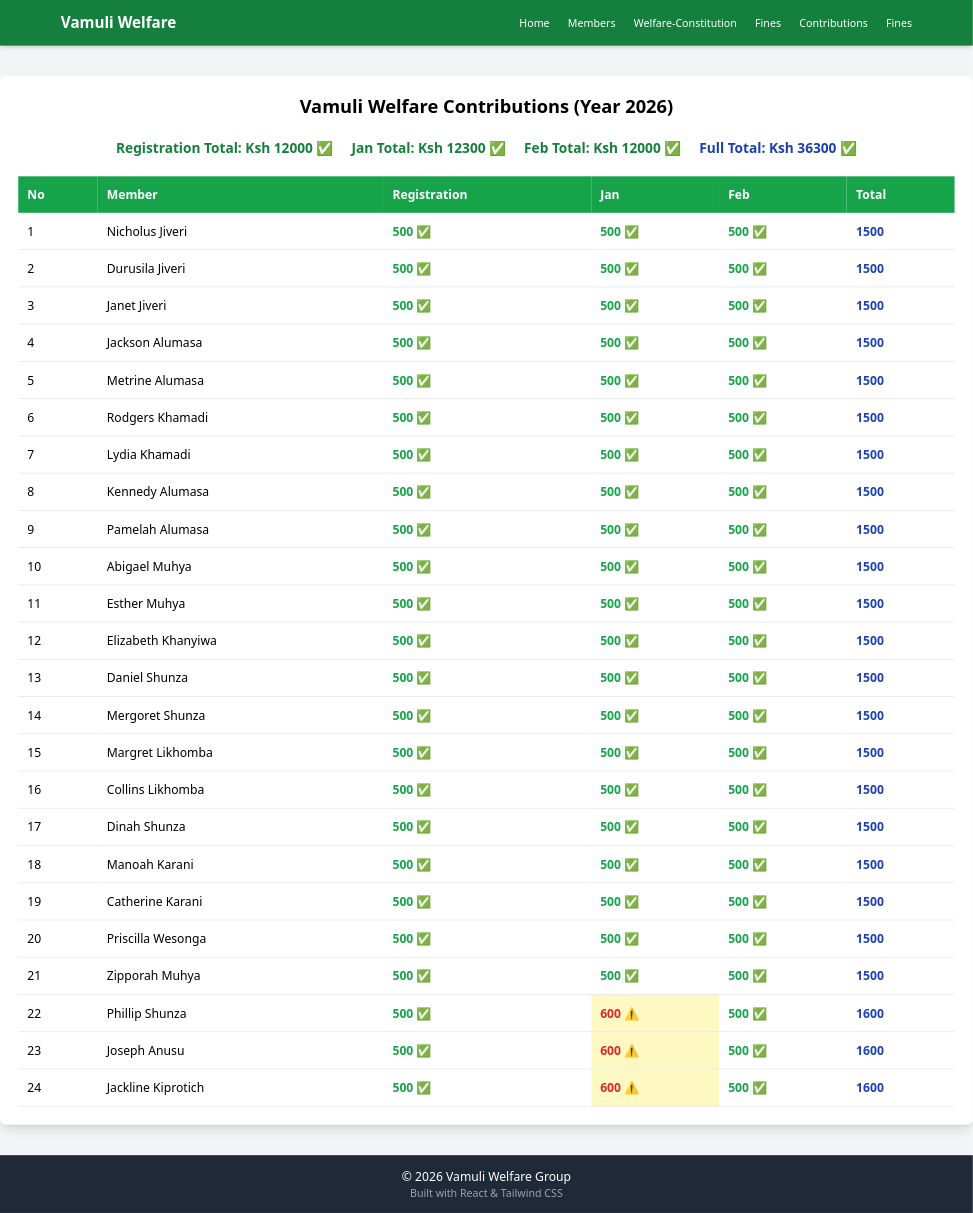
Repository: Engineer-collo/Vamuli-welfare
Page: /contributions
These files come from the project's save history. The page is drawn as it stood at one moment and after the next save; the edit follows.
The browser window is 1280 px wide. The pictures show the whole page, at 76% of full size.
The project was rebuilt for these pictures with package versions that can differ from the ones it lists, and the page was loaded fresh each time. Also part of the build but not shown: vite.config.js, src/pages/Home.jsx, src/pages/Members.jsx, src/pages/FinesTable.jsx, src/pages/WelfareConstituion.jsx.

Above is the page before, as saved 2026-03-16 12:41:11.

### index.html
<!doctype html>
<html lang="en">
  <head>
    <meta charset="UTF-8" />
    <link rel="icon" type="image/svg+xml" href="/favicon.svg" />
    <meta name="viewport" content="width=device-width, initial-scale=1.0" />
    <title>vamuli-welfare</title>
  </head>
  <body>
    <div id="root"></div>
    <script type="module" src="/src/main.jsx"></script>
  </body>
</html>

### src/App.jsx
import { BrowserRouter as Router, Routes, Route } from "react-router-dom";

import Navbar from "./components/Navbar";
import Footer from "./components/Footer";

import Home from "./pages/Home";
import Members from "./pages/Members";
import ContributionsTable from "./pages/ContributionsTable";
import FinesTable from "./pages/FinesTable";
import WelfareConstituion from "./pages/WelfareConstituion";

function App() {
  return (
    <Router>
      <div className="bg-gray-100 min-h-screen">

        <Navbar />

        <Routes>
          <Route path="/" element={<Home />} />
          <Route path="/members" element={<Members />} />
          <Route path="/contributions" element={<ContributionsTable />} />
          <Route path="/fines" element={<FinesTable />} />
          <Route path="/constitution" element={<WelfareConstituion/>} />

        </Routes>

        <Footer />

      </div>
    </Router>
  );
}

export default App;

### src/components/Navbar.jsx
import { Link } from "react-router-dom";

function Navbar() {
  return (
    <nav className="bg-green-700 text-white shadow-md">
      <div className="max-w-6xl mx-auto flex justify-between items-center p-4">

        <h1 className="text-xl font-bold">
          <Link to="/">Vamuli Welfare</Link>
        </h1>

        <ul className="flex gap-6 text-sm">
          <li>
            <Link to="/" className="hover:text-gray-200">Home</Link>
          </li>

          <li>
            <Link to="/members" className="hover:text-gray-200">Members</Link>
          </li>

          <li>
            <Link to="/constitution" className="hover:text-gray-200">Welfare-Constitution</Link>
          </li>

          <li>
            <Link to="/fines" className="hover:text-gray-200">Fines</Link>
          </li>

          <li>
            <Link to="/contributions" className="hover:text-gray-200">Contributions</Link>
          </li>

          <li>
            <Link to="/fines" className="hover:text-gray-200">Fines</Link>
          </li>

        </ul>

      </div>
    </nav>
  );
}

export default Navbar;

### src/components/Footer.jsx
import React from "react";

function Footer() {
  return (
    <footer className="bg-gray-800 text-white mt-10">
      <div className="max-w-6xl mx-auto text-center p-4">
        <p>© 2026 Vamuli Welfare Group</p>
        <p className="text-sm text-gray-400">
          Built with React & Tailwind CSS
        </p>
      </div>
    </footer>
  );
}

export default Footer;

### src/pages/ContributionsTable.jsx
import React from "react";
import contributionsData from "./contributionsData";

const LATE_FINE = 100;

// Extract months dynamically (all except id, name, role, and PaidDate fields)
const months = Object.keys(contributionsData[0]).filter(
  (key) =>
    !["id", "name", "role"].includes(key) && !key.toLowerCase().includes("paiddate")
);

// Calculate totals per month including fines
const totals = {};
months.forEach((month) => {
  totals[month] = contributionsData.reduce((sum, c) => {
    const paidDateKey = month + "PaidDate";
    let value = c[month] || 0;
    if (c[paidDateKey] && c[paidDateKey] > 5) {
      value += LATE_FINE;
    }
    return sum + value;
  }, 0);
});

// Calculate grand total per member including fines
const contributionsWithTotals = contributionsData.map((c) => {
  const total = months.reduce((sum, month) => {
    const paidDateKey = month + "PaidDate";
    let value = c[month] || 0;
    if (c[paidDateKey] && c[paidDateKey] > 5) {
      value += LATE_FINE;
    }
    return sum + value;
  }, 0);
  return { ...c, total };
});

// Full total
const fullTotal = contributionsWithTotals.reduce((sum, c) => sum + c.total, 0);

function ContributionsTable() {
  return (
    <div className="max-w-7xl mx-auto mt-10 bg-white shadow-lg rounded-lg p-6">
      <h2 className="text-2xl font-bold mb-6 text-center">
        Vamuli Welfare Contributions (Year 2026)
      </h2>

      {/* Totals */}
      <div className="flex flex-wrap justify-center gap-6 mb-6 text-lg font-semibold">
        {months.map((month) => (
          <span key={month} className="text-green-700">
            {month.charAt(0).toUpperCase() + month.slice(1)} Total: Ksh {totals[month]} ✅
          </span>
        ))}
        <span className="text-blue-800 font-bold">Full Total: Ksh {fullTotal} ✅</span>
      </div>

      {/* Table */}
      <table className="w-full border-collapse">
        <thead>
          <tr className="bg-green-600 text-white">
            <th className="p-3 text-left">No</th>
            <th className="p-3 text-left">Member</th>
            {months.map((month) => (
              <th key={month} className="p-3 text-left">
                {month.charAt(0).toUpperCase() + month.slice(1)}
              </th>
            ))}
            <th className="p-3 text-left">Total</th>
          </tr>
        </thead>

        <tbody>
          {contributionsWithTotals.map((c) => (
            <tr key={c.id} className="border-b hover:bg-gray-100 transition">
              <td className="p-3">{c.id}</td>
              <td className="p-3">{c.name}</td>
              {months.map((month) => {
                const paidDateKey = month + "PaidDate";
                let value = c[month] || 0;
                const late = c[paidDateKey] && c[paidDateKey] > 5; // dynamic for any month
                if (late) value += LATE_FINE;

                return (
                  <td
                    key={month}
                    className={`p-3 font-semibold ${
                      late ? "bg-yellow-100 text-red-600" : value > 0 ? "text-green-600" : "text-red-600"
                    }`}
                  >
                    {value} {late ? "⚠️" : "✅"}
                  </td>
                );
              })}
              <td className="p-3 font-bold text-blue-800">{c.total}</td>
            </tr>
          ))}
        </tbody>
      </table>
    </div>
  );
}

export default ContributionsTable;

### src/pages/contributionsData.js
const contributions = [
  { id: 1, name: "Nicholus Jiveri", role: "member", registration: 500, jan: 500, feb: 500, janPaidDate: 5, febPaidDate: 5 },
  { id: 2, name: "Durusila Jiveri", role: "member", registration: 500, jan: 500, feb: 500, janPaidDate: 5, febPaidDate: 5 },
  { id: 3, name: "Janet Jiveri", role: "member", registration: 500, jan: 500, feb: 500, janPaidDate: 5, febPaidDate: 5 },
  { id: 4, name: "Jackson Alumasa", role: "member", registration: 500, jan: 500, feb: 500, janPaidDate: 5, febPaidDate: 5 },
  { id: 5, name: "Metrine Alumasa", role: "member", registration: 500, jan: 500, feb: 500, janPaidDate: 5, febPaidDate: 5 },
  { id: 6, name: "Rodgers Khamadi", role: "member", registration: 500, jan: 500, feb: 500, janPaidDate: 5, febPaidDate: 5 },
  { id: 7, name: "Lydia Khamadi", role: "member", registration: 500, jan: 500, feb: 500, janPaidDate: 5, febPaidDate: 5 },
  { id: 8, name: "Kennedy Alumasa", role: "member", registration: 500, jan: 500, feb: 500, janPaidDate: 5, febPaidDate: 5 },
  { id: 9, name: "Pamelah Alumasa", role: "member", registration: 500, jan: 500, feb: 500, janPaidDate: 5, febPaidDate: 5 },
  { id: 10, name: "Abigael Muhya", role: "member", registration: 500, jan: 500, feb: 500, janPaidDate: 5, febPaidDate: 5 },
  { id: 11, name: "Esther Muhya", role: "member", registration: 500, jan: 500, feb: 500, janPaidDate: 5, febPaidDate: 5 },
  { id: 12, name: "Elizabeth Khanyiwa", role: "member", registration: 500, jan: 500, feb: 500, janPaidDate: 5, febPaidDate: 5 },
  { id: 13, name: "Daniel Shunza", role: "secretary", registration: 500, jan: 500, feb: 500, janPaidDate: 5, febPaidDate: 5 },
  { id: 14, name: "Mergoret Shunza", role: "member", registration: 500, jan: 500, feb: 500, janPaidDate: 5, febPaidDate: 5 },
  { id: 15, name: "Margret Likhomba", role: "member", registration: 500, jan: 500, feb: 500, janPaidDate: 5, febPaidDate: 5 },
  { id: 16, name: "Collins Likhomba", role: "coordinator", registration: 500, jan: 500, feb: 500, janPaidDate: 5, febPaidDate: 5 },
  { id: 17, name: "Dinah Shunza", role: "member", registration: 500, jan: 500, feb: 500, janPaidDate: 5, febPaidDate: 5 },
  { id: 18, name: "Manoah Karani", role: "member", registration: 500, jan: 500, feb: 500, janPaidDate: 5, febPaidDate: 5 },
  { id: 19, name: "Catherine Karani", role: "member", registration: 500, jan: 500, feb: 500, janPaidDate: 5, febPaidDate: 5 },
  { id: 20, name: "Priscilla Wesonga", role: "member", registration: 500, jan: 500, feb: 500, janPaidDate: 5, febPaidDate: 5 },
  { id: 21, name: "Zipporah Muhya", role: "member", registration: 500, jan: 500, feb: 500, janPaidDate: 5, febPaidDate: 5 },
  { id: 22, name: "Phillip Shunza", role: "member", registration: 500, jan: 500, feb: 500, janPaidDate: 6, febPaidDate: 5 }, // Jan fine
  { id: 23, name: "Joseph Anusu", role: "member", registration: 500, jan: 500, feb: 500, janPaidDate: 6, febPaidDate: 5 },  // Jan fine
  { id: 24, name: "Jackline Kiprotich", role: "member", registration: 500, jan: 500, feb: 500, janPaidDate: 6, febPaidDate: 5 } // Jan fine
];

export default contributions;

### tailwind.config.js
/** @type {import('tailwindcss').Config} */
module.exports = {
  content: [
    "./index.html",
    "./src/**/*.{js,jsx}"
  ],
  theme: {
    extend: {},
  },
  plugins: [],
};

Loaded but not shown: src/main.jsx (common file); src/index.css (common file)

After the next save:
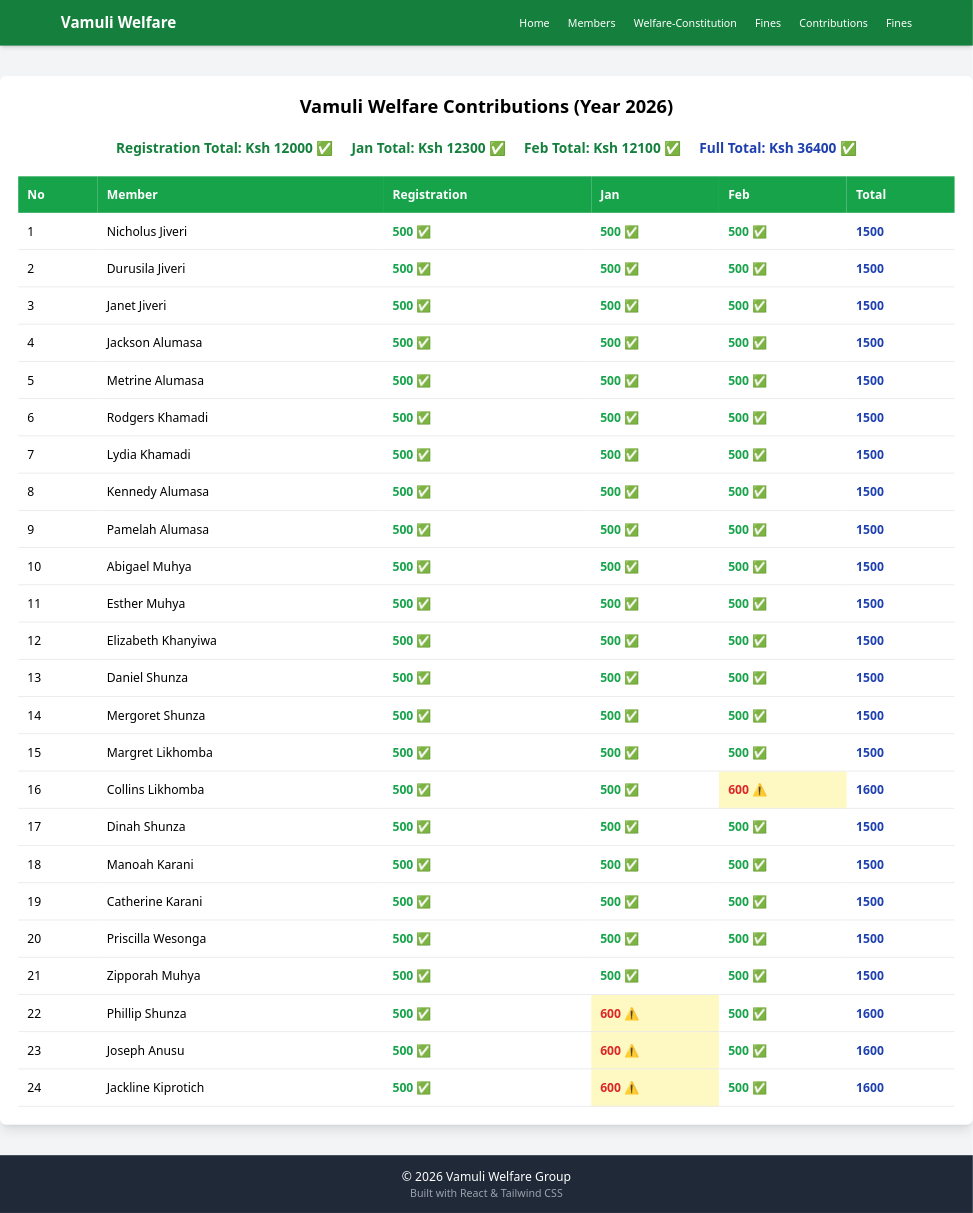
Saved 45 s later.
--- a/src/pages/contributionsData.js
+++ b/src/pages/contributionsData.js
@@ -14,7 +14,7 @@
   { id: 13, name: "Daniel Shunza", role: "secretary", registration: 500, jan: 500, feb: 500, janPaidDate: 5, febPaidDate: 5 },
   { id: 14, name: "Mergoret Shunza", role: "member", registration: 500, jan: 500, feb: 500, janPaidDate: 5, febPaidDate: 5 },
   { id: 15, name: "Margret Likhomba", role: "member", registration: 500, jan: 500, feb: 500, janPaidDate: 5, febPaidDate: 5 },
-  { id: 16, name: "Collins Likhomba", role: "coordinator", registration: 500, jan: 500, feb: 500, janPaidDate: 5, febPaidDate: 5 },
+  { id: 16, name: "Collins Likhomba", role: "coordinator", registration: 500, jan: 500, feb: 500, janPaidDate: 5, febPaidDate: 7 },
   { id: 17, name: "Dinah Shunza", role: "member", registration: 500, jan: 500, feb: 500, janPaidDate: 5, febPaidDate: 5 },
   { id: 18, name: "Manoah Karani", role: "member", registration: 500, jan: 500, feb: 500, janPaidDate: 5, febPaidDate: 5 },
   { id: 19, name: "Catherine Karani", role: "member", registration: 500, jan: 500, feb: 500, janPaidDate: 5, febPaidDate: 5 },

After the save that followed:
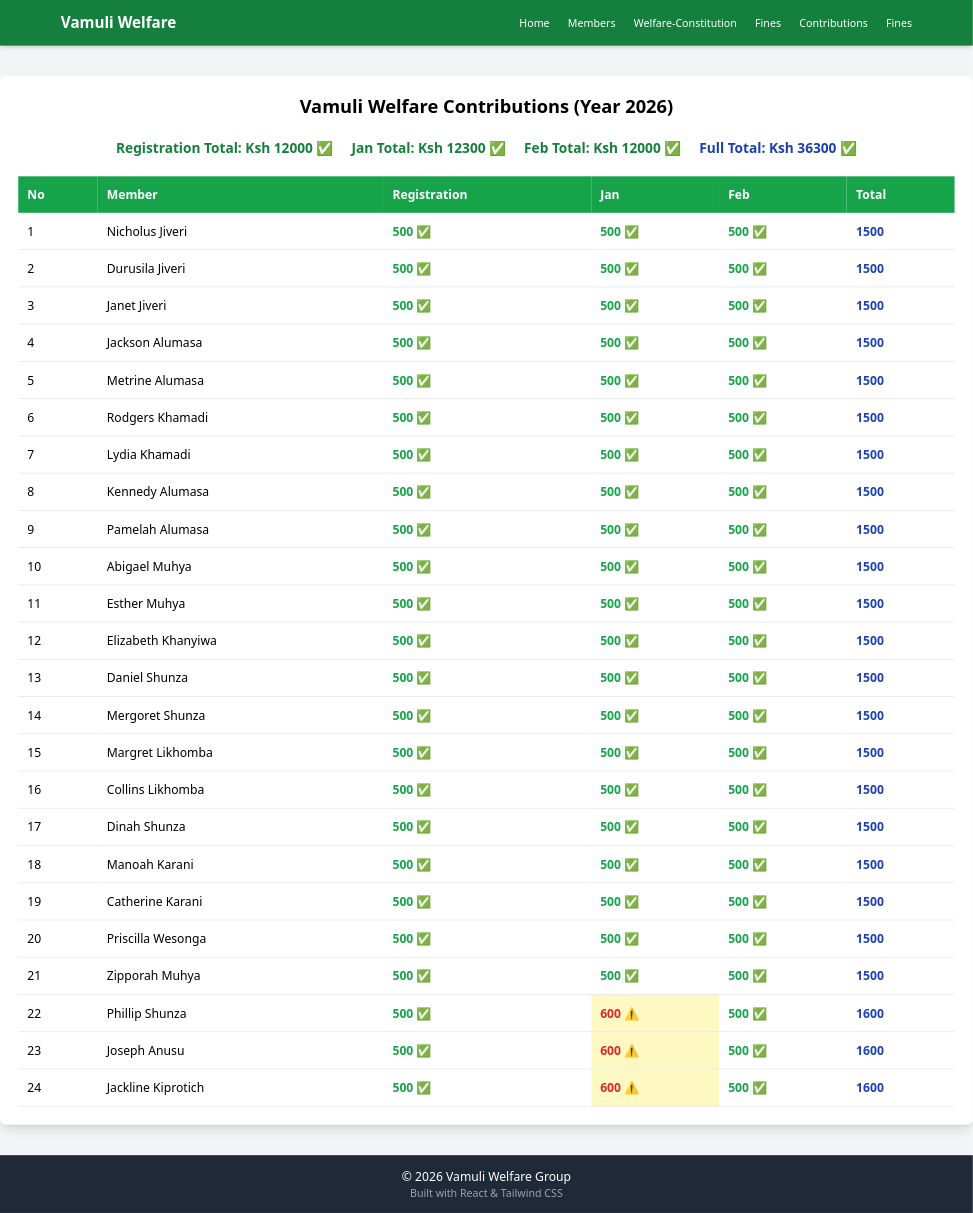
Saved 25 s later.
--- a/src/pages/contributionsData.js
+++ b/src/pages/contributionsData.js
@@ -14,7 +14,7 @@
   { id: 13, name: "Daniel Shunza", role: "secretary", registration: 500, jan: 500, feb: 500, janPaidDate: 5, febPaidDate: 5 },
   { id: 14, name: "Mergoret Shunza", role: "member", registration: 500, jan: 500, feb: 500, janPaidDate: 5, febPaidDate: 5 },
   { id: 15, name: "Margret Likhomba", role: "member", registration: 500, jan: 500, feb: 500, janPaidDate: 5, febPaidDate: 5 },
-  { id: 16, name: "Collins Likhomba", role: "coordinator", registration: 500, jan: 500, feb: 500, janPaidDate: 5, febPaidDate: 7 },
+  { id: 16, name: "Collins Likhomba", role: "coordinator", registration: 500, jan: 500, feb: 500, janPaidDate: 5, febPaidDate: 5 },
   { id: 17, name: "Dinah Shunza", role: "member", registration: 500, jan: 500, feb: 500, janPaidDate: 5, febPaidDate: 5 },
   { id: 18, name: "Manoah Karani", role: "member", registration: 500, jan: 500, feb: 500, janPaidDate: 5, febPaidDate: 5 },
   { id: 19, name: "Catherine Karani", role: "member", registration: 500, jan: 500, feb: 500, janPaidDate: 5, febPaidDate: 5 },
